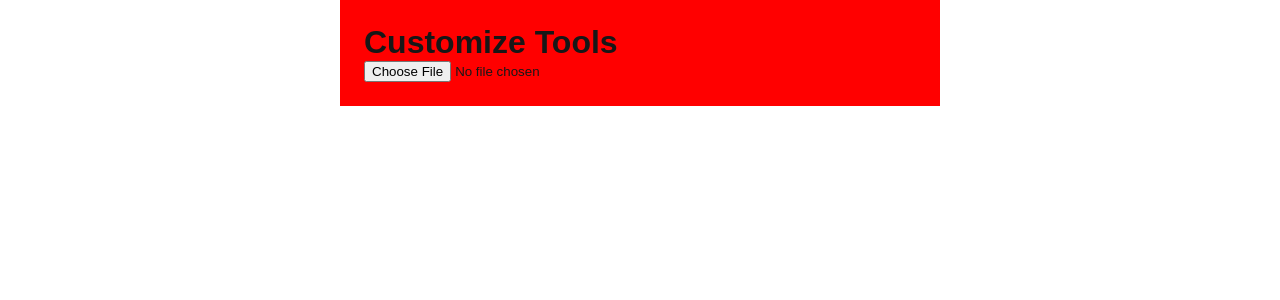
Repository: Sumaiya43/medna-tools
Page: /
These files come from the project's save history. The page is drawn as it stood at one moment and after the next save; the edit follows.
The browser window is 1280 px wide. The pictures show the whole page.
The project was rebuilt for these pictures with package versions that can differ from the ones it lists, and the page was loaded fresh each time. The framework's server and built-in components were replaced by stand-ins that run in the browser. Also part of the build but not shown: next.config.mjs.

Above is the page before, as saved 2026-02-26 02:42:19.

After the next save:
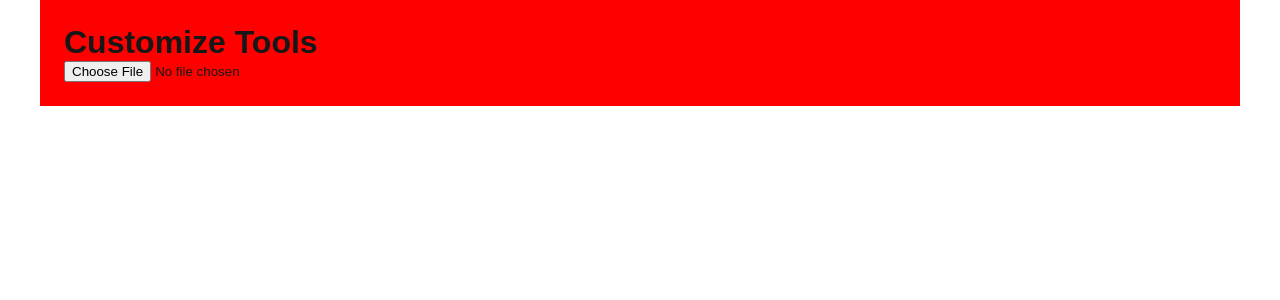
Saved 29 s later.
--- a/src/app/page.module.css
+++ b/src/app/page.module.css
@@ -1,6 +1,5 @@
 .page {
-  max-width: 600px;
-  max-height: 50vh;
+  max-width: 1200px;
   margin: 0 auto;
   padding: 24px;
   font-family: Arial, sans-serif;
